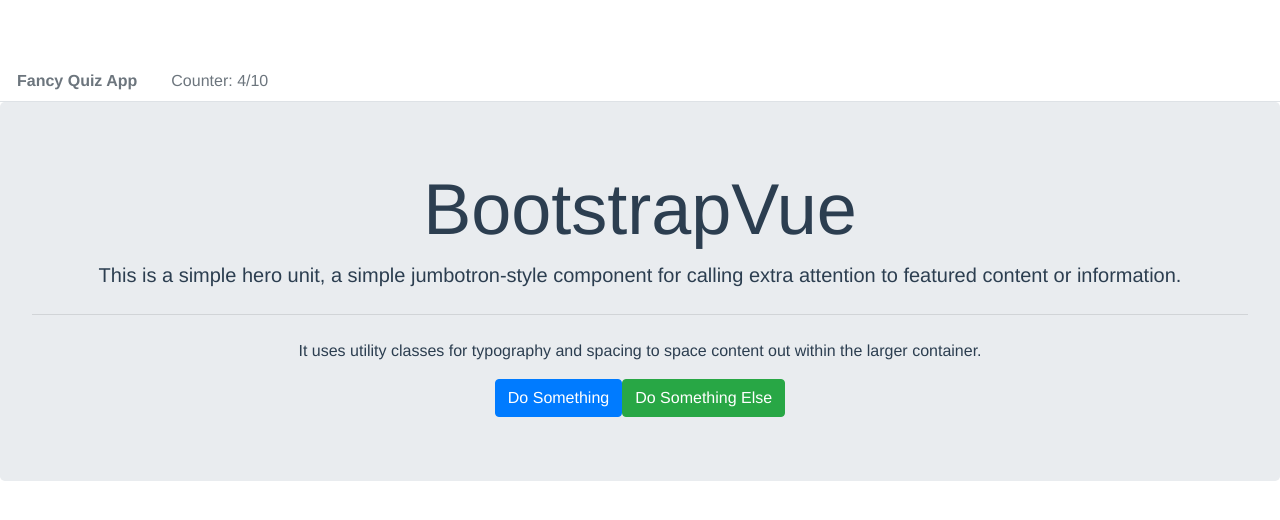
Repository: cacm96/Quiz
Page: /
An editor plug-in stored every save of this project. The page is shown before and after the next save, followed by the edit.
The browser window is 1280 px wide. The pictures show the whole page.
The project was rebuilt for these pictures with package versions that can differ from the ones it lists, and the page was loaded fresh each time.

Above is the page before, as saved 2021-04-26 10:43:01.

### src/main.js
import Vue from "vue";

import { BootstrapVue, IconsPlugin } from "bootstrap-vue";
import App from "./App.vue";
import "bootstrap/dist/css/bootstrap.css";
import "bootstrap-vue/dist/bootstrap-vue.css";
Vue.use(BootstrapVue);
Vue.use(IconsPlugin);

Vue.config.productionTip = false;

new Vue({
  render: (h) => h(App),
}).$mount("#app");

### src/App.vue
<template>
  <div id="app">
    <Header />
    <QuestionBox />
  </div>
</template>

<script>
import Header from "./components/Header.vue";
import QuestionBox from "./components/QuestionBox.vue";

export default {
  name: "App",
  components: {
    QuestionBox,
    Header,
  },
};
</script>

<style>
#app {
  font-family: Avenir, Helvetica, Arial, sans-serif;
  -webkit-font-smoothing: antialiased;
  -moz-osx-font-smoothing: grayscale;
  text-align: center;
  color: #2c3e50;
  margin-top: 60px;
}
</style>

### src/components/Header.vue
<template>
  <b-nav tabs>
    <b-nav-item disabled><b>Fancy Quiz App</b></b-nav-item>
    <b-nav-item disabled>Counter: 4/10</b-nav-item>
  </b-nav>
</template>

### src/components/QuestionBox.vue
<template>
  <div class="question-box-container">
    <b-jumbotron>
      <template #header>BootstrapVue</template>

      <template #lead>
        This is a simple hero unit, a simple jumbotron-style component for
        calling extra attention to featured content or information.
      </template>

      <hr class="my-4" />

      <p>
        It uses utility classes for typography and spacing to space content out
        within the larger container.
      </p>

      <b-button variant="primary" href="#">Do Something</b-button>
      <b-button variant="success" href="#">Do Something Else</b-button>
    </b-jumbotron>
  </div>
</template>

Loaded but not shown: public/index.html (common file)

After the next save:
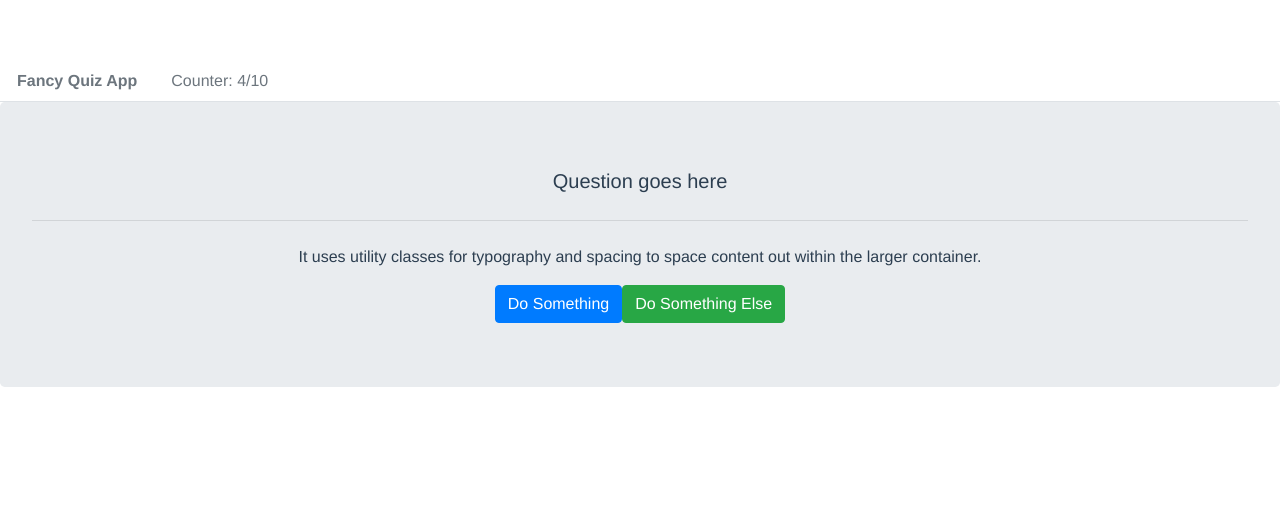
Saved 56 s later.
--- a/src/components/QuestionBox.vue
+++ b/src/components/QuestionBox.vue
@@ -1,11 +1,8 @@
 <template>
   <div class="question-box-container">
     <b-jumbotron>
-      <template #header>BootstrapVue</template>
-
       <template #lead>
-        This is a simple hero unit, a simple jumbotron-style component for
-        calling extra attention to featured content or information.
+        Question goes here
       </template>
 
       <hr class="my-4" />
